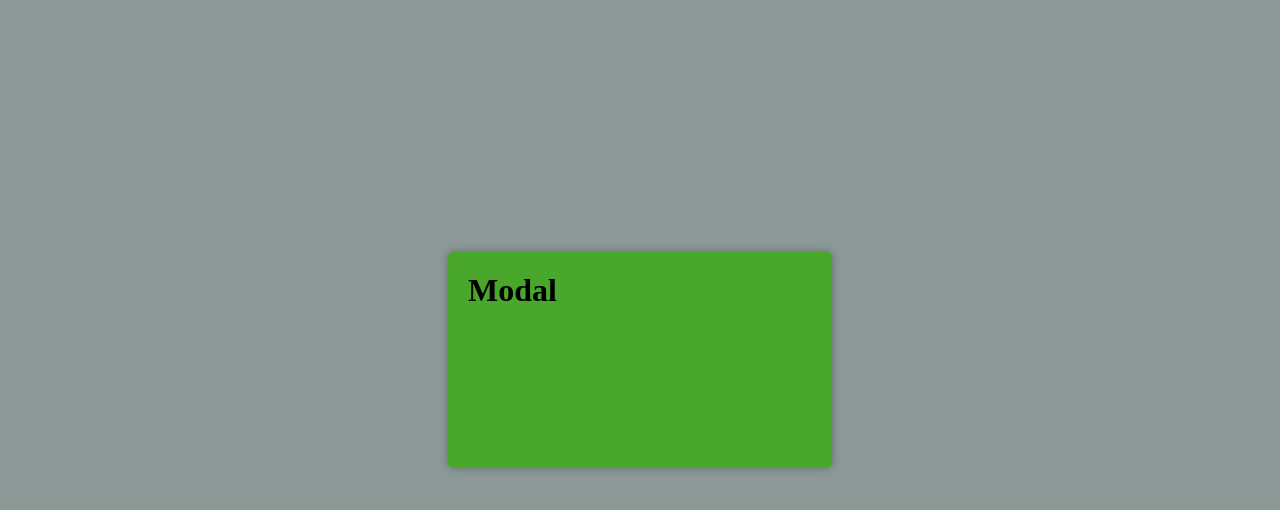
Repository: Soab42/portfolio
Page: /modal
The author's editor kept a copy of each file at every save. The page is drawn from the files as they stood at one save, then again after the next save.
The browser window is 1280 px wide. The pictures show the whole page.
The project was rebuilt for these pictures with package versions that can differ from the ones it lists, and the page was loaded fresh each time. The framework's server and built-in components were replaced by stand-ins that run in the browser. Also part of the build but not shown: next.config.js.

Above is the page before, as saved 2023-10-09 15:25:55.

After the next save:
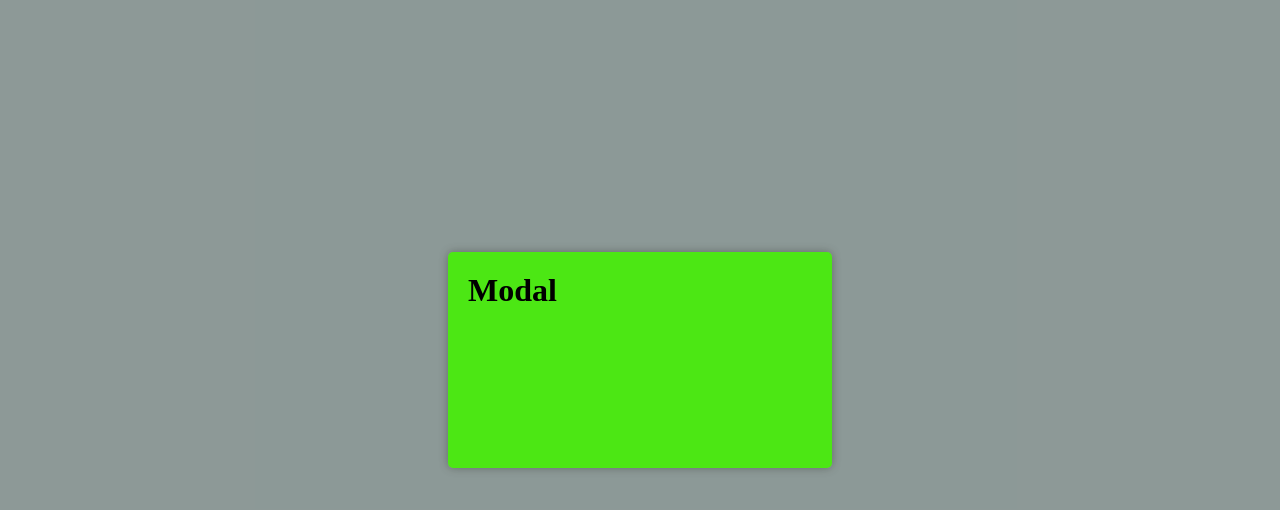
Saved 9 s later.
--- a/app/globals.css
+++ b/app/globals.css
@@ -126,7 +126,7 @@ a {
   min-width: 30%;
   min-height: 30%;
   transform: translate(-50%, -50%);
-  background-color: #32ae05bc;
+  background-color: #4ce714fe;
   padding: 20px;
   border-radius: 5px;
   box-shadow: 0px 0px 10px rgba(0, 0, 0, 0.3);
